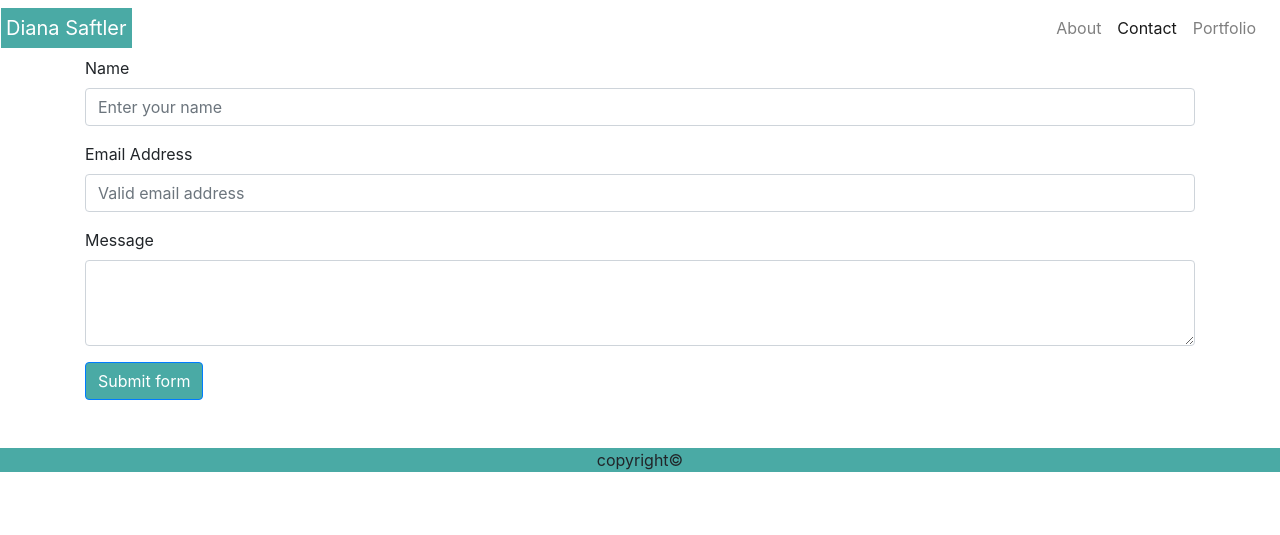
Repository: dsaftler/Bootstrap-Portfolio
Page: contact.html
An editor plug-in stored every save of this project. The page is shown before and after the next save, followed by the edit.
The browser window is 1280 px wide. The pictures show the whole page.

Above is the page before, as saved 2019-03-21 01:06:27.

### contact.html
<!DOCTYPE html>
<html lang="en">
<head>
  <meta charset="UTF-8">
  <meta name="viewport" content="width=device-width, initial-scale=1.0">
  <meta http-equiv="X-UA-Compatible" content="ie=edge">
  <link rel="stylesheet" href="https://stackpath.bootstrapcdn.com/bootstrap/4.1.3/css/bootstrap.min.css" integrity="sha384-MCw98/SFnGE8fJT3GXwEOngsV7Zt27NXFoaoApmYm81iuXoPkFOJwJ8ERdknLPMO" crossorigin="anonymous">
  <link rel="icon" href="assets/images/Peony.jpg" type="image/jpg" sizes="16x16">
  <title>Contact</title>
</head>
<body>
    <nav class="navbar navbar-expand-lg navbar-light" >
        <a class="navbar-brand"  style="background-color: #4aaaa5; color: white; padding-right: 5px; padding-left: 5px; margin-left: -15px" href="#"> Diana Saftler </a>
        <button class="navbar-toggler" type="button" data-toggle="collapse" data-target="#navbarSupportedContent" aria-controls="navbarSupportedContent" aria-expanded="false" aria-label="Toggle navigation">
          <span class="navbar-toggler-icon"></span>
        </button>

        <div class="collapse navbar-collapse" id="navbarSupportedContent">
          <ul class="navbar-nav ml-auto">
            <li class="nav-item">
              <a class="nav-link" href="index.html">About</a>
            </li>
            <li class="nav-item active">
              <a class="nav-link" href="contact.html">Contact<span class="sr-only">(current)</span></a>
            </li>
            <li class="nav-item">
                <a class="nav-link"  href="portfolio.html">Portfolio</a>
             </li>
          </ul>
        </div>
      </nav>
      <div class="container">
          <form>
              <div class="form-group">
                <label for="formGroupExampleInput">Name</label>
                <input type="text" class="form-control" id="formGroupExampleInput" placeholder="Enter your name">
              </div>
              <div class="form-group">
                <label for="formGroupExampleInput2">Email Address</label>
                <input type="text" class="form-control" id="formGroupExampleInput2" placeholder="Valid email address">
              </div>
              <div class="form-group">
                <label for="exampleFormControlTextarea1">Message</label>
                <textarea class="form-control" id="exampleFormControlTextarea1" rows="3"></textarea>
              </div>
              <button class="btn btn-primary mb-5 " type="submit"; style="background-color: #4aaaa5">Submit form</button>
            </form>
      </div>
      <footer class="footer text-center"; style="background-color:#4aaaa5">
          <div class="container" >
            <span >copyright&copy</span>
          </div>
     </footer>


</body>
</html>

After the next save:
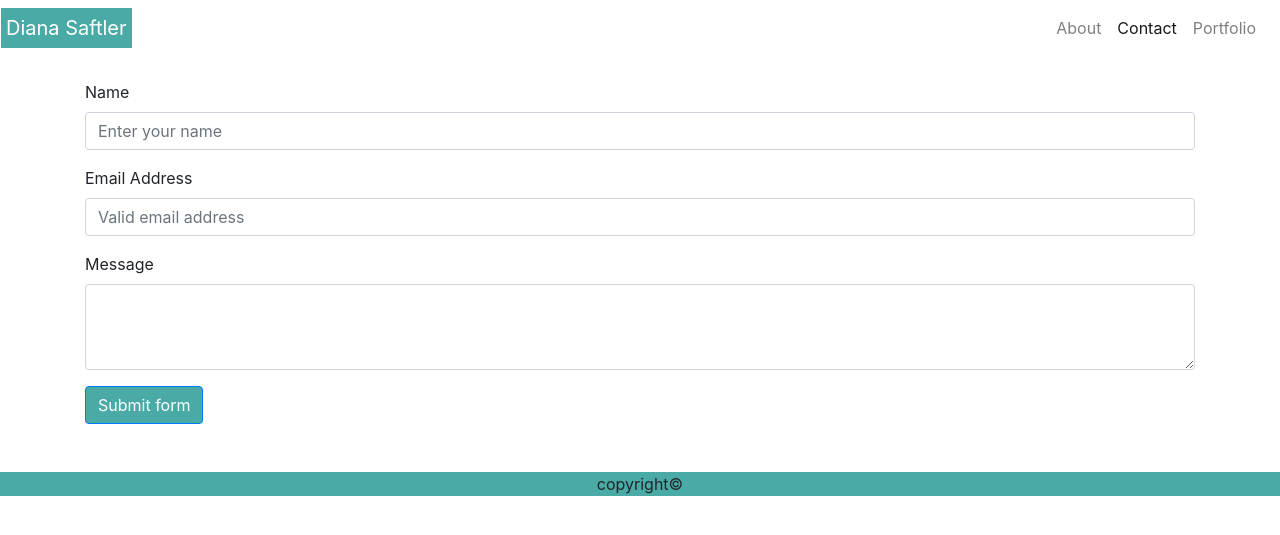
Saved 49 s later.
--- a/contact.html
+++ b/contact.html
@@ -32,6 +32,7 @@
       <div class="container">
           <form>
               <div class="form-group">
+                <br>
                 <label for="formGroupExampleInput">Name</label>
                 <input type="text" class="form-control" id="formGroupExampleInput" placeholder="Enter your name">
               </div>
@@ -43,7 +44,7 @@
                 <label for="exampleFormControlTextarea1">Message</label>
                 <textarea class="form-control" id="exampleFormControlTextarea1" rows="3"></textarea>
               </div>
-              <button class="btn btn-primary mb-5 " type="submit"; style="background-color: #4aaaa5">Submit form</button>
+              <button class="btn btn-primary mb-5" type="submit"; style="background-color: #4aaaa5">Submit form</button>
             </form>
       </div>
       <footer class="footer text-center"; style="background-color:#4aaaa5">
